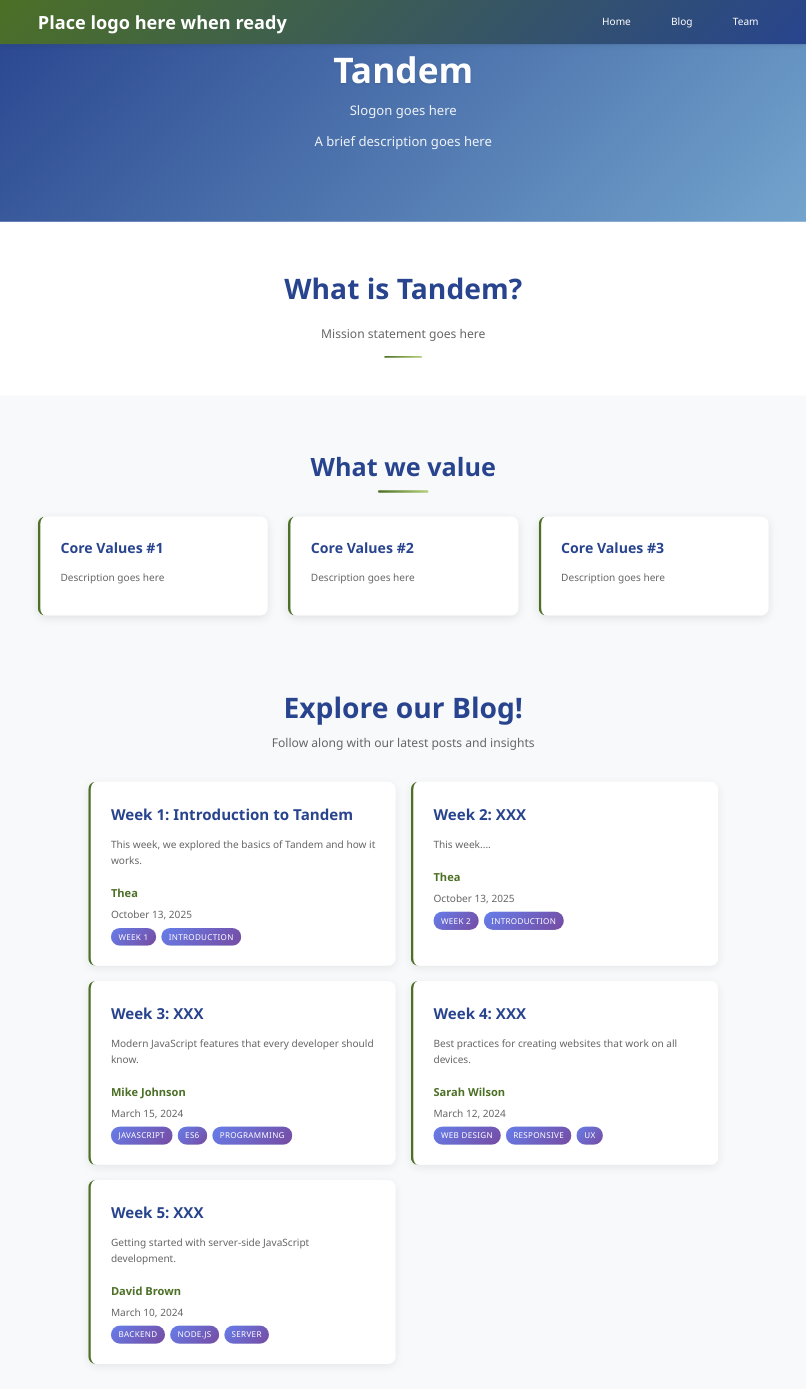
Repository: Bcit-sandy/TandemBlog
Page: /
These files come from the project's save history. The page is drawn as it stood at one moment and after a run of saves; the edit follows.
The browser window is 1280 px wide. The pictures show the whole page, at 63% of full size.
The project was rebuilt for these pictures with package versions that can differ from the ones it lists, and the page was loaded fresh each time. Also part of the build but not shown: vite.config.js, src/pages/BlogPost.jsx, src/pages/About.css, src/pages/About.jsx.

Above is the page before, as saved 2025-10-13 16:11:36.

After the next 2 saves:
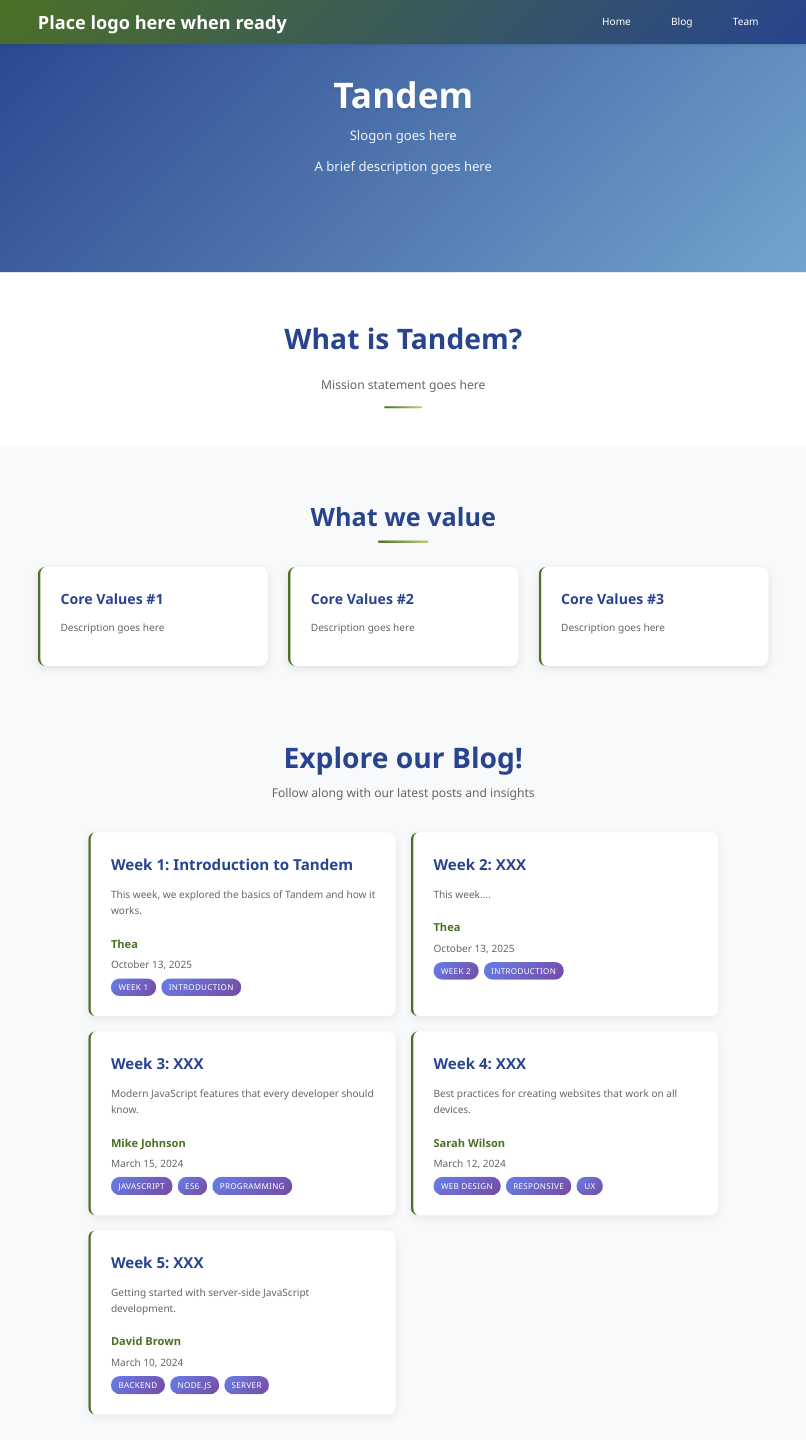
The 2 saves are shown as one change because they came seconds apart.
The last was saved 5 s later.
--- a/src/pages/Home.css
+++ b/src/pages/Home.css
@@ -1,5 +1,4 @@
 .home {
-  min-height: 100vh;
   width: 100%;
   display: flex;
   flex-direction: column;
@@ -12,7 +11,7 @@
   text-align: center;
   position: relative;
   overflow: hidden;
-  flex: 1;
+  min-height: 60vh;
   display: flex;
   align-items: center;
   justify-content: center;
